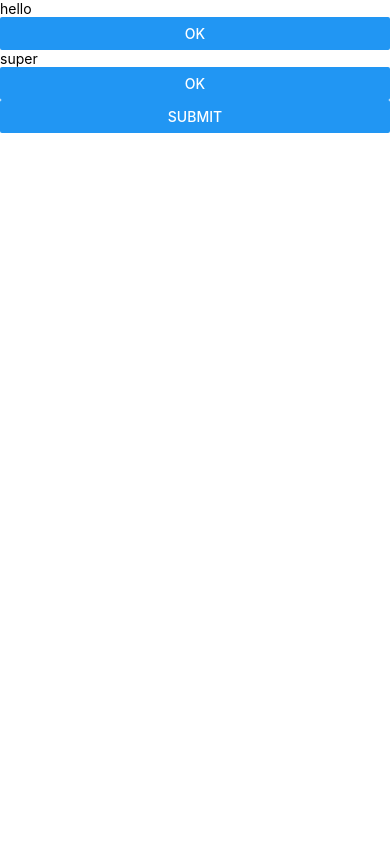
Repository: vsangavi/ReactNative-Form
Screen: /
The author's editor kept a copy of each file at every save. The screen is drawn from the files as they stood at one save, then again after a run of saves.
The app was drawn by React Native's web renderer in a window 390 px wide. The project was rebuilt for these pictures with package versions that can differ from the ones it lists, and the page was loaded fresh each time.

Above is the screen before, as saved 2020-10-02 08:10:53.

### App.js
/**
 * Sample React Native App
 * https://github.com/facebook/react-native
 *
 * @format
 * @flow strict-local
 */

import React, {Component} from 'react';
import {
  AppRegistry,
  SafeAreaView,
  StyleSheet,
  ScrollView,
  View,
  TextInput,
  Text,
  StatusBar,
  Button,
} from 'react-native';

import {
  Header,
  LearnMoreLinks,
  Colors,
  DebugInstructions,
  ReloadInstructions,
} from 'react-native/Libraries/NewAppScreen';
import Input from './Input';

// const App: () => React$Node = () => {
//   const [name, setname] = useState('');
//   const [password, setpassword] = useState('');

//   return (
//     <View>
//       <Input
//         placeholder={'hello'}
//         value={name}
//         onChangeText={(text) => setname(text)}
//         type="text"
//       />
//       <Input
//         placeholder={'super'}
//         type="password"
//         value={password}
//         secureTextEntry
//         onChangeText={(text) => setpassword(text)}
//       />
//       <Input placeholder={'Fabulous'} />
//     </View>
//   );
// };
class App extends Component {
  constructor(props) {
    super();
    this.state = {
      name: '',
      password: '',
    };
  }
  render() {
    return (
      <View>
        <Input
          placeholder={'hello'}
          value={this.state.name}
          onChangeText={(text) => this.setState({name: text})}
          type="text"
        />
        <Input
          placeholder={'super'}
          secureTextEntry
          value={this.state.password}
          onChangeText={(text) => this.setState({password: text})}
        />
        <Button title="Submit" onPress={() => console.log(this.state)}></Button>
      </View>
    );
  }
}

const styles = StyleSheet.create({
  scrollView: {
    backgroundColor: Colors.lighter,
  },
  engine: {
    position: 'absolute',
    right: 0,
  },
  body: {
    backgroundColor: Colors.white,
  },
  sectionContainer: {
    marginTop: 32,
    paddingHorizontal: 24,
  },
  sectionTitle: {
    fontSize: 24,
    fontWeight: '600',
    color: Colors.black,
  },
  sectionDescription: {
    marginTop: 8,
    fontSize: 18,
    fontWeight: '400',
    color: Colors.dark,
  },
  highlight: {
    fontWeight: '700',
  },
  footer: {
    color: Colors.dark,
    fontSize: 12,
    fontWeight: '600',
    padding: 4,
    paddingRight: 12,
    textAlign: 'right',
  },
});

export default App;

### Input.js
import React, {useState} from 'react';
import {
  SafeAreaView,
  StyleSheet,
  ScrollView,
  View,
  Alert,
  TextInput,
  Text,
  StatusBar,
  Button,
} from 'react-native';
const Input = (props) => {
  let {value, placeholder, onChangeText, type} = props;
  const createTwoButtonAlert = () =>
    Alert.alert(
      'Alert Title',
      [
        {
          text: 'Cancel',
          onPress: () => console.log('Cancel Pressed'),
          style: 'cancel',
        },
        {text: 'OK', onPress: () => console.log('OK Pressed')},
      ],
      {cancelable: false},
    );

  return (
    <View>
      <TextInput
        value={value}
        placeholder={placeholder}
        onChangeText={onChangeText}
        type={type}
        {...props}
      />
      <Button title="ok" onPress={() => console.log(value)}></Button>
    </View>
  );
};
export default Input;

After the next 2 saves:
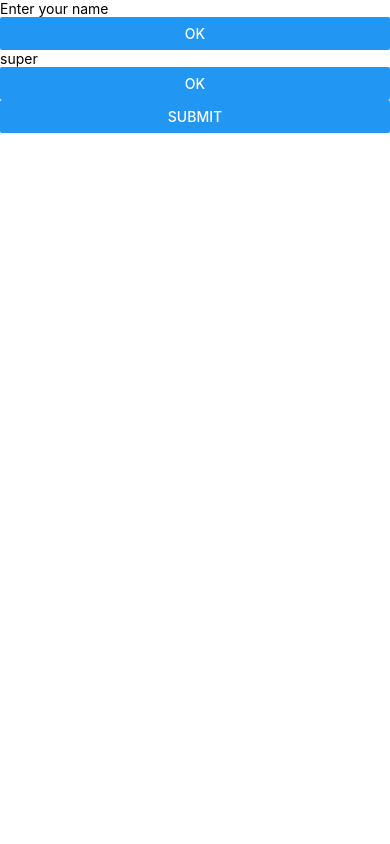
The 2 saves are shown as one change because they came seconds apart.
The last was saved 100 s later.
--- a/App.js
+++ b/App.js
@@ -63,7 +63,7 @@ class App extends Component {
     return (
       <View>
         <Input
-          placeholder={'hello'}
+          placeholder={'Enter your name'}
           value={this.state.name}
           onChangeText={(text) => this.setState({name: text})}
           type="text"
